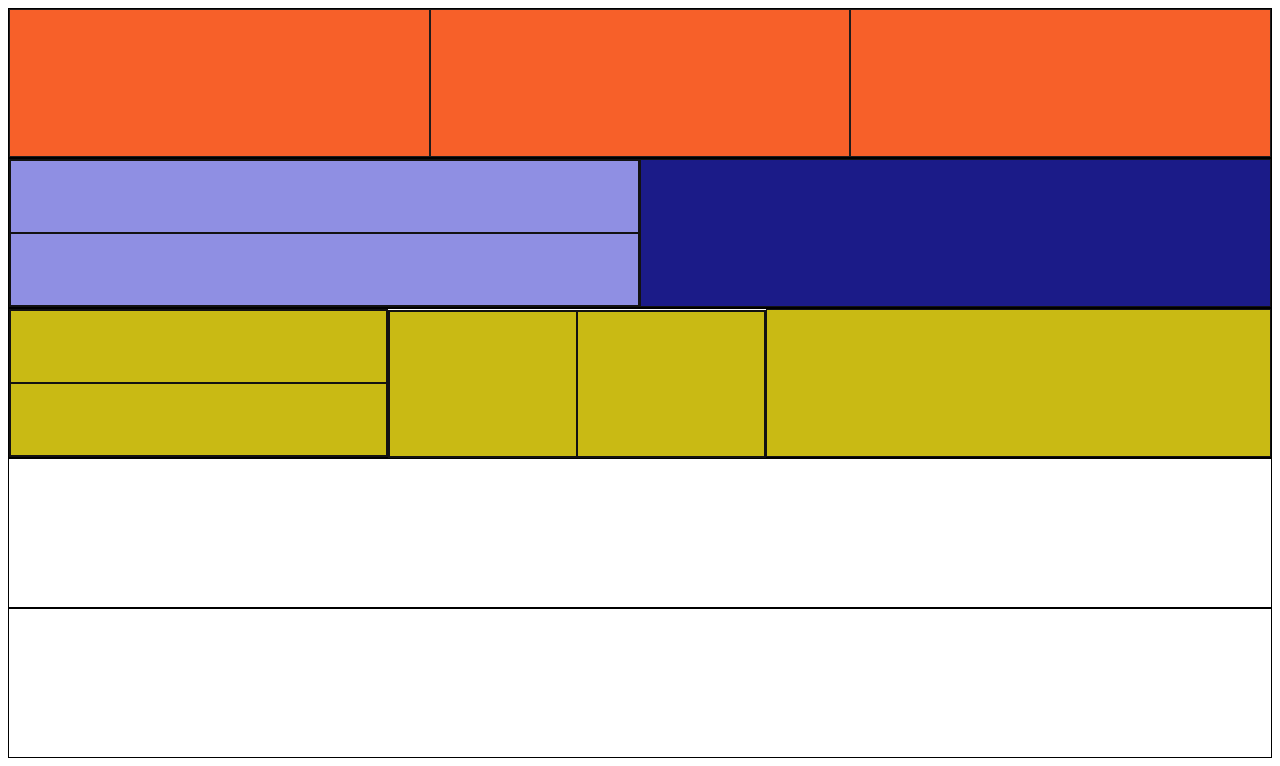
Repository: AishwaryaPandey987/PGLife
Page: home.html
These files come from the project's save history. The page is drawn as it stood at one moment and after the next save; the edit follows.
The browser window is 1280 px wide. The pictures show the whole page.

Above is the page before, as saved 2022-10-27 21:10:31.

### home.html
<!DOCTYPE html>
  <html>
    <head>
        <title>CSS Page</title>
         <link rel="stylesheet" href="css/style.css" />
    </head>
    <body>

      <div class="row">
        <div class="col"></div>
        <div class="col"></div>
        <div class="col"></div>
      </div>


      <div class="row">
        <div class="col2">
          <div class="row2"></div>
          <div class="row2"></div>
        </div>
        <div class="col2"></div>
      </div>


      <div class=" row">
        <div class="box1">
          <div class="row3"></div>
          <div class="row3"></div>
        </div>
        <div class="box2">
          <div class="col3"></div>
          <div class="col3"></div>
        </div>
        <div class="box3">
          <div class="row4"></div>
          <div class="row4"></div>
            <div class="row4"></div>
        </div>
      </div>


      <div class="row"></div>

      <div class="row"></div>
    </body>
  </html>

### css/style.css
* {
  box-sizing: border-box;
}

.row{

  border:  1px solid black;
 height: 150px;
 font-size: 0px;
}

.col{
  border: 1px solid rgb(31, 27, 28);
  display: inline-block;
  height: 100%;
  width: 33.33%;
background-color: rgb(247, 96, 41);

}
.col2{
  border: 1px solid rgb(19, 18, 18);
  display: inline-block;
  height: 100%;
  width: 50%;
  background-color: rgb(27, 27, 136);
}
.row2{
  border: 1px solid rgb(19, 18, 18);
  display: block;
  height: 50%;
  width: 100%;
  background-color: rgb(143, 143, 227);
}

.box1{
  border: 1px solid rgb(19, 18, 18);
  display: inline-block;
  height: 100%;
  width: 30%;
  background-color: rgb(201, 186, 20);
}
.box2{
  border: 1px solid rgb(19, 18, 18);
  display: inline-block;
  height: 100%;
  width: 30%;
  background-color: rgb(201, 186, 20);
}
.box3{
  border: 1px solid rgb(19, 18, 18);
  display: inline-block;
  height: 100%;
  width: 40%;
  background-color: rgb(201, 186, 20);
}
.row3{
  border: 1px solid rgb(19, 18, 18);
  display: block;
  height: 50%;
  width: 100%;
  background-color: rgb(201, 186, 20);
}
.col3{
  border: 1px solid rgb(19, 18, 18);
  display: inline-block;
  height: 100%;
  width: 50%;
  background-color: rgb(201, 186, 20);
}

After the next save:
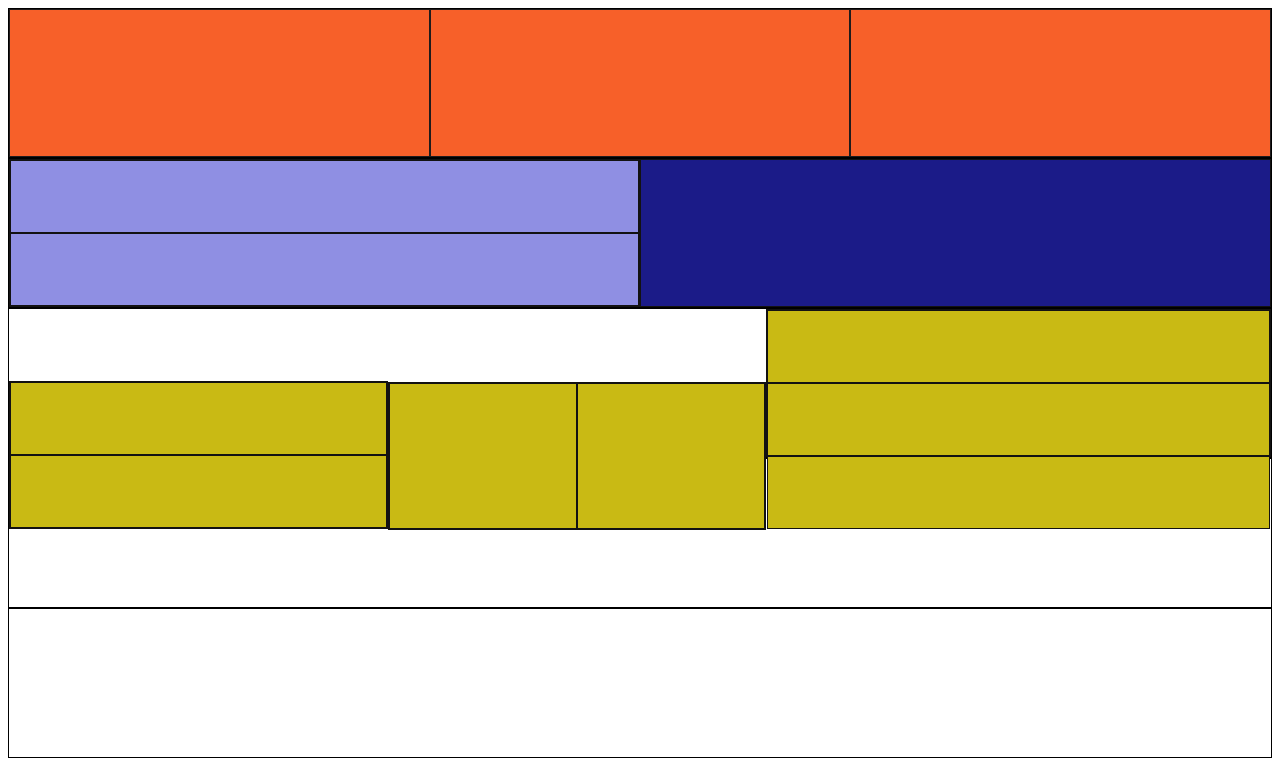
Saved 19 s later.
--- a/css/style.css
+++ b/css/style.css
@@ -67,3 +67,10 @@ background-color: rgb(247, 96, 41);
   width: 50%;
   background-color: rgb(201, 186, 20);
 }
+.row4{
+  border: 1px solid rgb(19, 18, 18);
+  display: inline-block;
+  height: 50%;
+  width: 100%;
+  background-color: rgb(201, 186, 20);
+}
